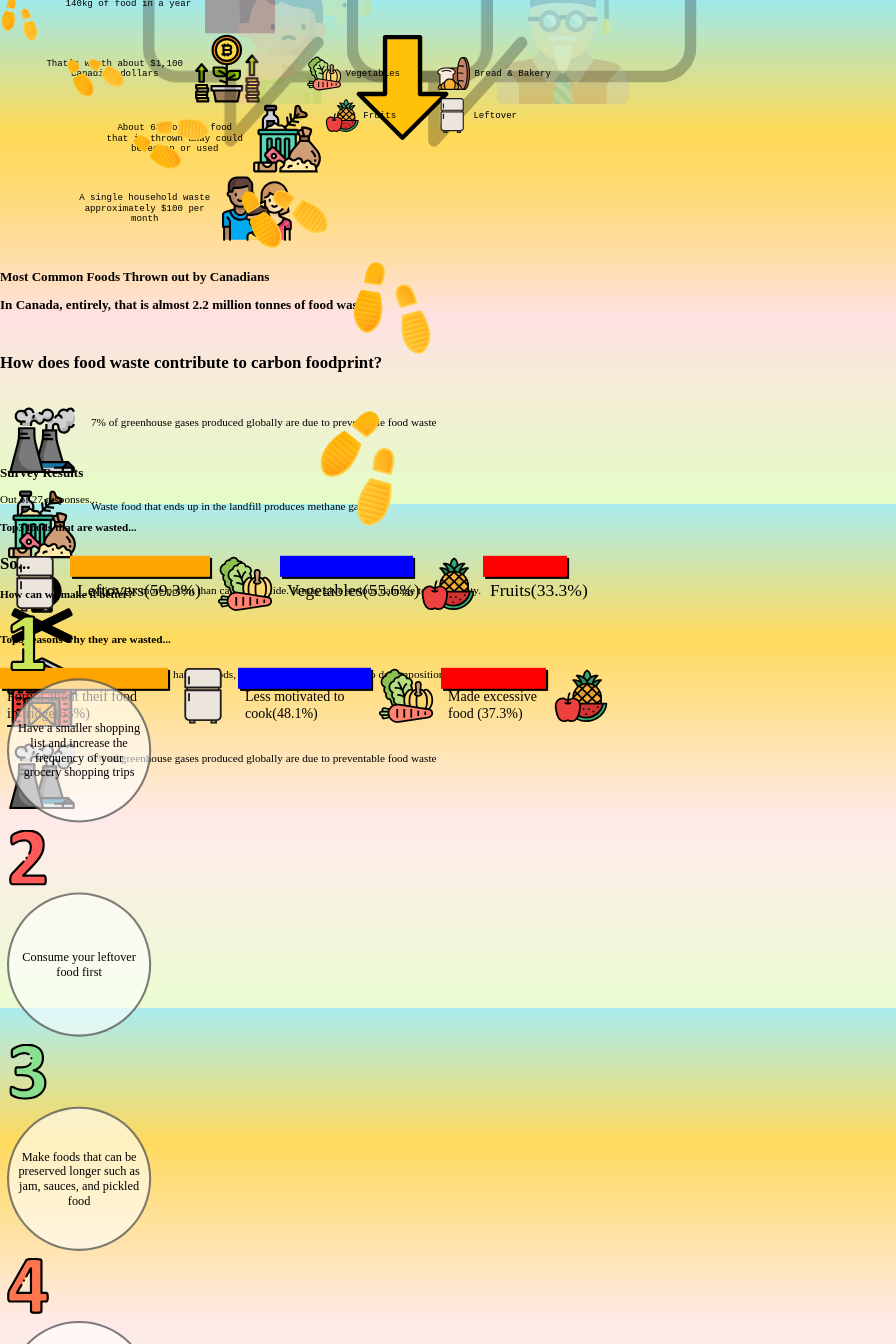
Repository: iorid3/Midterm
Page: index.html
These files come from the project's save history. The page is drawn as it stood at one moment and after the next save; the edit follows.
The browser window is 1280 px wide. The pictures show the part of the page from y = 0 to 1920 px (the page is 2558 px tall before and 2658 px after), at 70% of full size.
Pictures or frames that could not be fetched are drawn as grey boxes.

Above is the page before, as saved 2021-03-09 11:39:30.

### index.html
<!DOCTYPE html>
<html>
    <head>
       <title>Mid term</title>
        <link href= "./index.css"  rel ="stylesheet" type = "text/css" >
    </head>
<body>
   <div id = "main">

        <div class = "section1">
            <div><h1> How Food Waste Impacts Our World</h1></div>
            <div><img src ="./Images/earth crying.svg"/></div>
            <div class = "comp1"></div>
            <div class = "comp2"></div>
            <div class = "comp5"></div>
        </div>

        <div class = "section2">
            <div><h2>DId you know that...</h2></div>
            <div class ="comp3_1"></div>
            <div class ="comp3_2"></div>
            <div class ="comp3_3"></div>
            <div class ="comp3_4"></div>
            <div class = "comp1"></div>

            <div class = "flag"><img src = ""></div>
            <div><h3>Most Common Foods Thrown out by Canadians</h3></div>
               <div class = "container1">
                    <div class ="comp4_1"></div>
                    <div class ="comp4_2"></div>
                    <div class ="comp4_3"></div>
                    <div class ="comp4_4"></div>
                </div>

            <div class = "comp5"></div>
            <div><h3>In Canada, entirely, that is almost 2.2 million tonnes of food wasted</h3></div>
            <div><img src = ""></div>
        </div>

        <div class = "section3">
            <div><h2>How does food waste contribute to carbon foodprint?</h2></div>
            <div><img src = ""></div>

            <div class = "comp6"></div>
            <div class = "comp6"></div>
            <div class = "comp6"></div>
            <div class = "comp6"></div>

                <div class = "container2">
                    <div><img src = ""></div>
                    <div><img src = ""></div>
                    <div><img src = ""></div>
                </div>

            <div class = "comp6"></div>


        </div>


        <div class = "section4">
            <div class = "container3">
               <div><img src = ""></div>
               <div><h3>Survey Results</h3></div>
               <div>Out of 27 responses...</div>
            </div>


            <div class ="comp2"></div>
            <div><h4>Top3 foods that are wasted...</h4></div>
            <div class = "container4">
                <div class = "comp7"></div>
                <div class = "comp7"></div>
                <div class = "comp7"></div>
            </div>

            <div><h4>Top3 reasons why they are wasted...</h4></div>
            <div class = "container5">
                <div class = "comp8"></div>
                <div class = "comp8"></div>
                <div class = "comp8"></div>
            </div>




        </div>

        <div class = "section5">

            <div><h2>So...</h2></div>

            <div><h4>How can we make it better?</h4></div>
            <div class = "container6">
                <div class ="comp9"></div>
                <div class ="comp9"></div>
                <div class ="comp9"></div>
                <div class ="comp9"></div>
            </div>

            <div><h3>Small Steps goes a long way</h3></div>
            <div class = "comp10"></div>
            <div class = "comp10"></div>
            <div class = "comp10"></div>
            <div class = "comp10"></div>
            <div class = "comp10"></div>
            <div class = "comp10"></div>

            <div><img src = ""></div>
            <div><img src = ""></div>

            <div class = "comp5"></div>
            <div><h3>Do your part in saving the environment by ...</h3></div>
            <div><h2>Using this app to reduce food waste</h2></div>
            <div><h2>FridgeSaver</h2></div>
            <div><img src =""></div>
            <div class = "comp5"></div>
            <div><h5>Start with what you have in your fridge</h5></div>

            <div><img src =""></div>
            <div><h5>Ready to find interesting recipes?</h5></div>



        </div>

    <h1>HIHIHI</h1>



       <!-- <div class = "col left">
           <div class = "row top">
               <div class = "shake"></div>
           </div>
           <div class = "row mid">
               <div class = "rank1"></div>
               <div class = "rank2"></div>
           </div> -->
    </div>

<script src = ./Comps/comp1/index.js></script>
<script src = ./Comps/comp2/index.js></script>
<script src = ./Comps/comp3/index.js></script>
<script src = ./Comps/comp4/index.js></script>
<script src = ./Comps/comp5/index.js></script>
<script src = ./Comps/comp6/index.js></script>
<script src = ./Comps/comp7/index.js></script>
<script src = ./Comps/comp8/index.js></script>
<script src = ./Comps/comp9/index.js></script>
<script src = ./Comps/comp10/index.js></script>

<script src = ./index.js></script>
</body>
</html>

### index.css
html,body{
    margin:0;
    background: linear-gradient(180deg, rgba(156, 233, 235, 0.86) 0%, rgba(255, 217, 86, 0.96) 26.56%, rgba(255, 220, 220, 0.6) 63.02%, rgba(227, 252, 195, 0.76) 100%);
    mix-blend-mode: normal;
}
#main{
    width:100vw;
    height:100vh;
    display:flex;
    flex-direction: column;
    align-items: center;
    justify-content: center;
}

.section1{
  width:100%;
}


.section2{
    width:100%;

}

.section3{
    display:flex;
    flex-direction: column;
    width:100%;
    height:20%;
    marign:100px;
}

.section4{

    display:flex;
    flex-direction: column;
    width:100%;
    height:20%;
}


.section5{
    width:100%

}

### Comps/comp1/index.js
function Comp1UI(url="Images/confusion.png", size ="10px", font= "Poppins", text="text"){
    return `<div style='
            width: 100vw;
            height: 30vh;
            display: inline-flex;
            justify-content: center;
            align-items: center;
            transition: opacity 1s;
            opacity: 0.25;
            position:absolute;
        '
        onclick='Comp1UI.HandleClick(this)'
        >

        <img style='
            display: inline-flex;
            width: 200px;
            position: relative;
            left: 140px;
            top: 60px;
        'src="${url}" />

        <div>
            <img style='
                display: inline-flex;
                position: relative;
                width: 500px;
                left: 100px;
                bottom: 10px;
            'src="Images/chat.svg" />

            <div style='
                display: inline-flex;
                position: relative;
                bottom: 280px;
                right: 265px;
                font-size: ${size};
                font-weight: bold;
                font-family: ${font};
            '> ${text}</div>
        </div>
    </div>`
}

Comp1UI.HandleClick = (el) => {
    el.style.opacity = 1;
}

### Comps/comp2/index.js
function Comp2UI(url="Images/confusion.png", size ="10px", font= "Poppins", text="text"){
    return `<div style='
        width: 100vw;
        height: 30vh;
        display: inline-flex;
        justify-content: center;
        align-items: center;
        transition: opacity 1s;
        opacity: 0.25;
        position:absolute;
    '
    onclick='Comp1UI.HandleClick(this)'
    >

        <img style='
            display: inline-flex;
            width: 200px;
            position: relative;
            left: 500px;
            top:60px;
        ' src="${url}"/>

        <div>
            <img style='
                display: inline-flex;
                position: relative;
                width: 500px;
                right: 200px;
                bottom: 10px;
                transform: rotateY(180deg)
            ' src="Images/chat2.svg" />

            <div style='
                display: inline-flex;
                position: relative;
                bottom: 280px;
                right: 560px;
                font-size: ${size};
                font-weight: bold;
                font-family: ${font};
            ' >${text}</div>
        </div>
    </div>`
}

Comp2UI.HandleClick = (el) => {
    el.style.opacity = 1;
}

### Comps/comp3/index.js
function Comp3UI(Text='Average Canadian wastes 140kg of food in a year', url='https://placekitten.com/400/400') {
    return `
        <div style='
            display: inline-flex;
            align-items: center;
            justify-content: center;

            transition-property: transform;
            transition-duration: 1s;
            transition-timing-function: ease-in-out;
            transition-delay: 1s;

        '>
            <div style='
                flex-basis: 200px;
                text-align: center;
                padding-right: 10px;
                font-family: monospace;


            '
            >${Text}</div>

            <div style='
                width: 100px;
                height: 100px;
            '
            // onclick='Comp3UI.HandleClick(this)'
            >
                <img  style='
                    width: 100%;
                    height: 100%;
                    object-fit: cover;
                '
                src='${url}' />
        </div>
    `
}

// Comp3UI.HandleClick = (el) => {
//     el.style.top = "110%";
// }


// export const Comp3 = Comp3UI();

### Comps/comp4/index.js
function Comp4UI(url='https://placekitten.com/300/300',text='Bread & Bakery',x='0',y='0') {
    return `
        <div style='
            display: flex;
            flex-direction: row;
            align-item: center;
            justify-content: center;
            width: 250px;
            height: 50px;
            margin: 10px;
            position: absolute;
            top: ${x}px;
            left: ${y}px;

            animation-name: bouncing;
            animation-duration: 1.5s;
            animation-direction: alternate;
            animation-iteration-count: infinite;
            animation-delay: 2s;



        '
        >
            <div style='
                width: 50px;
                height: 50px;
            '>
                <img style='
                    width: 100%;
                    height: 100%;
                    object-fit: cover;
                '
                src='${url}' />
            </div>
            <div style='
            font-family: monospace;
            text-align: center;
            padding-top: 18px;
            padding-left: 5px;
            '
            >${text}</div>
        </div>
    `
}




// export const Comp4 = Comp4UI();

### Comps/comp5/index.js
function Comp5UI(x='0', y='0', url='https://placekitten.com/300/300') {
    return `
        <div style='
            width: 150px;
            height: 150px;
            position: absolute;
            top: ${x}px;
            left: ${y}px;

        '
        >
            <img style='
                width: 100%;
                height: 100%;
                object-fit: cover;

                animation-name: bounce;
                animation-duration: 1s;
                animation-direction: alternate;
                animation-iteration-count: infinite;

            '
            src='${url}' />


        </div>

    `
}

// export const Comp5 = Comp5UI();

### Comps/comp6/index.js
function Carboncomp(text =" 7% of greenhouse gases produced globally are due to preventable food waste", url= "images/factory.svg"){
    return `<div style = "
                          display:flex;
                          ">
                         <div style = "display:flex;
                         padding:10px;">
                         <img style ="
                          width:100px;
                          height:100px;
                         " src  = "${url}"></div>
                         <div style ="
                         display:flex;
                         padding:10px;"><p>${text}</p></div>

            </div>`

}

### Comps/comp7/index.js
function Graphcomp(url ="images/vegetable.svg",text ="Leftovers(59.3%)",color ="pink",width ="200px" ){
    return `<div style = "
                          display:inline-flex;
                          align-items:flex-start;
                          justify-content:flex-start;
                          ">
                            <div style = "display:flex;
                            padding:10px;
                            width:80px;
                            height:80px;
                            ">
                            <img src  = "${url}"></div>
                            <div class = "graph"
                            style ="
                            width:${width};
                            height:30px;
                            margin-top:10px;
                            background-color:${color};
                            box-shadow: 3px 3px ;
                            transition:background-color,1s,box-shadow, 1s;"
                            onmouseover = "Graphcomp.HandleMouseover(this)">
                            <div style ="
                            display:flex;
                            padding:10px;
                            font-size:25px;"><p>${text}</p></div>
                            </div>



            </div>`


}

Graphcomp.HandleMouseover = (el)=>{
   el.style.boxShadow = "8px 8px";
//    el.style.width = "400px";
 }

### Comps/comp8/index.js
function Graphcomp2(url ="images/vegetable.svg",text ="Leftovers(59.3%)",color ="pink",width ="200px" ){
    return `<div style = "
                          display:inline-flex;
                          flex-direction:row;
                          justify-content:center;
                          ">
                            <div class = "graph"
                            style ="
                            display:flex;
                            width:${width};
                            height:30px;
                            margin-top:10px;
                            background-color:${color};
                            box-shadow: 3px 3px ;
                            transition:background-color,1s,box-shadow, 1s;"
                            onmouseover = "Graphcomp2.HandleMouseover(this)">
                            <div style ="
                            display:flex;
                            width:200px;
                            padding:10px;
                            font-size:20px;"><p>${text}</p></div>
                            </div>
                            <div style = "display:flex;
                            padding:10px;
                            width:80px;
                            height:80px;
                            ">
                            <img src  = "${url}"></div>




            </div>`


}

Graphcomp2.HandleMouseover = (el)=>{
//    el.style.backgroundColor  = "blue";
   el.style.boxShadow = "8px 8px";
//    el.style.width = "400px";
 }

### Comps/comp9/index.js
function Comp9UI(url="Images/1.svg", text="4 Ways to Make it Better") {
    return `
        <img style='
            width: 80px;
            height: 80px;
            transition: width 0.2s;
            transition-timing-function: ease-in-out;
            display: flex;
        justify-content: center;
        align-items: center;
        flex-wrap: wrap;
        '

        onmouseover='Comp9UI.HandleImageHover(this)'
        onmouseout='Comp9UI.HandleImageHoverOut(this)'

        src="${url}"/>

        <div style='
            width: 180px;
            height: 180px;
            margin: 10px;
            padding: 10px;
            background-color: rgba(255, 255, 255, 0.6);
            border: 3px solid rgba(0, 0, 0, 0.5);
            border-radius: 50%;
            display: flex;
            justify-content: center;
            align-items: center;
            font-size: 1.1em;
            line-height: 1.2em;
            text-align: center;
            transition: width 0.2s;
            transition-timing-function: ease-in-out;
        '
            onmouseover='Comp9UI.HandleHover(this)'
            onmouseout='Comp9UI.HandleHoverOut(this)'

        >${text}</div>

    `
}

Comp9UI.HandleImageHover = (el) => {
    el.style.width = "120px";
    el.style.height = "120px";
}

Comp9UI.HandleImageHoverOut = (el) => {
    el.style.width = "80px";
    el.style.height = "80px";
}

Comp9UI.HandleHover = (el) => {
    el.style.color = "#2E8B57";
    // el.style.width = "210px";
    // el.style.height = "210px";
    // el.style.fontSize = "1.4em";
}

Comp9UI.HandleHoverOut = (el) => {
    el.style.color = "#000000";
    // el.style.width = "180px";
    // el.style.height = "180px";
    // el.style.fontSize = "1.1em";
}
// export const comp9 = Comp9UI();

### Comps/comp10/index.js
function Comp10UI(w="55px", tdeg="120deg", top="0px", left="0px", anidelay="1s") {
    return `
    <img style='
        width: ${w};
        transform: rotate(${tdeg});
        position: absolute;
        top: ${top};
        left: ${left};

        animation-name: footsteps;
        animation-duration: 4s;
        animation-delay: ${anidelay};
        animation-iteration-count: infinite;

    'src="Images/footstep.png"/>

    `
}

// export const comp10 = Comp10UI();

### index.js
document.querySelector(".comp1").innerHTML += Comp1UI("./images/question.svg","25px", "Poppins", "What's the issue?");
document.querySelector(".comp2").innerHTML += Comp2UI("./images/professor.svg", "25px", "Poppins", "Good Question!");

//add claudia's componenets

document.querySelector(".comp3_1").innerHTML += Comp3UI('Average Canadian wastes 140kg of food in a year', 'Images/crowd.svg')
document.querySelector(".comp3_2").innerHTML += Comp3UI('That’s worth about $1,100 Canadian dollars', 'Images/plant.svg')
document.querySelector(".comp3_3").innerHTML += Comp3UI('About 63% of the food that is thrown away could be eaten or used', 'Images/garbage.svg')
document.querySelector(".comp3_4").innerHTML += Comp3UI('A single household waste approximately $100 per month', 'Images/family.svg')

document.querySelector(".comp4_1").innerHTML += Comp4UI('Images/vegetable.svg', 'Vegetables',70,370)
document.querySelector(".comp4_2").innerHTML += Comp4UI('Images/bread.svg', 'Bread & Bakery',70,570)
document.querySelector(".comp4_3").innerHTML += Comp4UI('Images/fruits.svg', 'Fruits',130,380)
document.querySelector(".comp4_4").innerHTML += Comp4UI('Images/fridge.svg', 'Leftover',130,545)

document.querySelector(".comp5").innerHTML += Comp5UI(50,500,'Images/down-arrow.svg')


document.querySelector(".comp9").innerHTML += Comp9UI("Images/1.svg", "Have a smaller shopping list and increase the frequency of your grocery shopping trips");
document.querySelector(".comp9").innerHTML += Comp9UI("Images/2.svg", "Consume your leftover food first");
document.querySelector(".comp9").innerHTML += Comp9UI("Images/3.svg", "Make foods that can be preserved longer such as jam, sauces, and pickled food");
document.querySelector(".comp9").innerHTML += Comp9UI("Images/4.svg", "Be mindful of saving the environment by reducing food waste");

document.querySelector(".comp10").innerHTML += Comp10UI("60px", "120deg", "0px", "0px", "1s");
document.querySelector(".comp10").innerHTML += Comp10UI("75px", "80deg", "70px", "100px", "1.5s");
document.querySelector(".comp10").innerHTML += Comp10UI("95px", "50deg", "150px", "200px", "2s");
document.querySelector(".comp10").innerHTML += Comp10UI("115px", "80deg", "250px", "350px", "2.5s");
document.querySelector(".comp10").innerHTML += Comp10UI("130px", "120deg", "380px", "500px", "3s");
document.querySelector(".comp10").innerHTML += Comp10UI("145px", "150deg", "600px", "450px", "3.5s");

document.querySelector(".comp6").innerHTML +=  Carboncomp();
document.querySelector(".comp6").innerHTML +=  Carboncomp(text = "Waste food that ends up in the landfill produces methane gas",url= "images/garbage.svg");
document.querySelector(".comp6").innerHTML +=  Carboncomp(text ="which 21x more potent than carbon dioxide. It may give serious damage to our society. ",url ="images/skull.svg" );
document.querySelector(".comp6").innerHTML +=  Carboncomp(text = "From the time we harvest foods, to processing,to distribution,to decomposition", url ="images/barn.svg");
document.querySelector(".comp6").innerHTML +=  Carboncomp();
document.querySelector(".comp7").innerHTML +=  Graphcomp("Images/fridge.svg",text ="Leftovers(59.3%)",color ="orange",width ="200px");
document.querySelector(".comp7").innerHTML +=  Graphcomp("Images/vegetable.svg",text ="Vegetables(55.6%)",color ="blue",width ="190px");
document.querySelector(".comp7").innerHTML +=  Graphcomp("Images/fruits.svg",text ="Fruits(33.3%)",color ="red",width ="120px");
document.querySelector(".comp8").innerHTML +=  Graphcomp2("Images/fridge.svg",text ="Forgot about theif food in fridge(63%)",color ="orange",width ="240px");
document.querySelector(".comp8").innerHTML +=  Graphcomp2("Images/vegetable.svg",text ="Less motivated to cook(48.1%)",color ="blue",width ="190px");
document.querySelector(".comp8").innerHTML +=  Graphcomp2("Images/fruits.svg",text ="Made excessive food (37.3%)",color ="red",width ="150px");

After the next save:
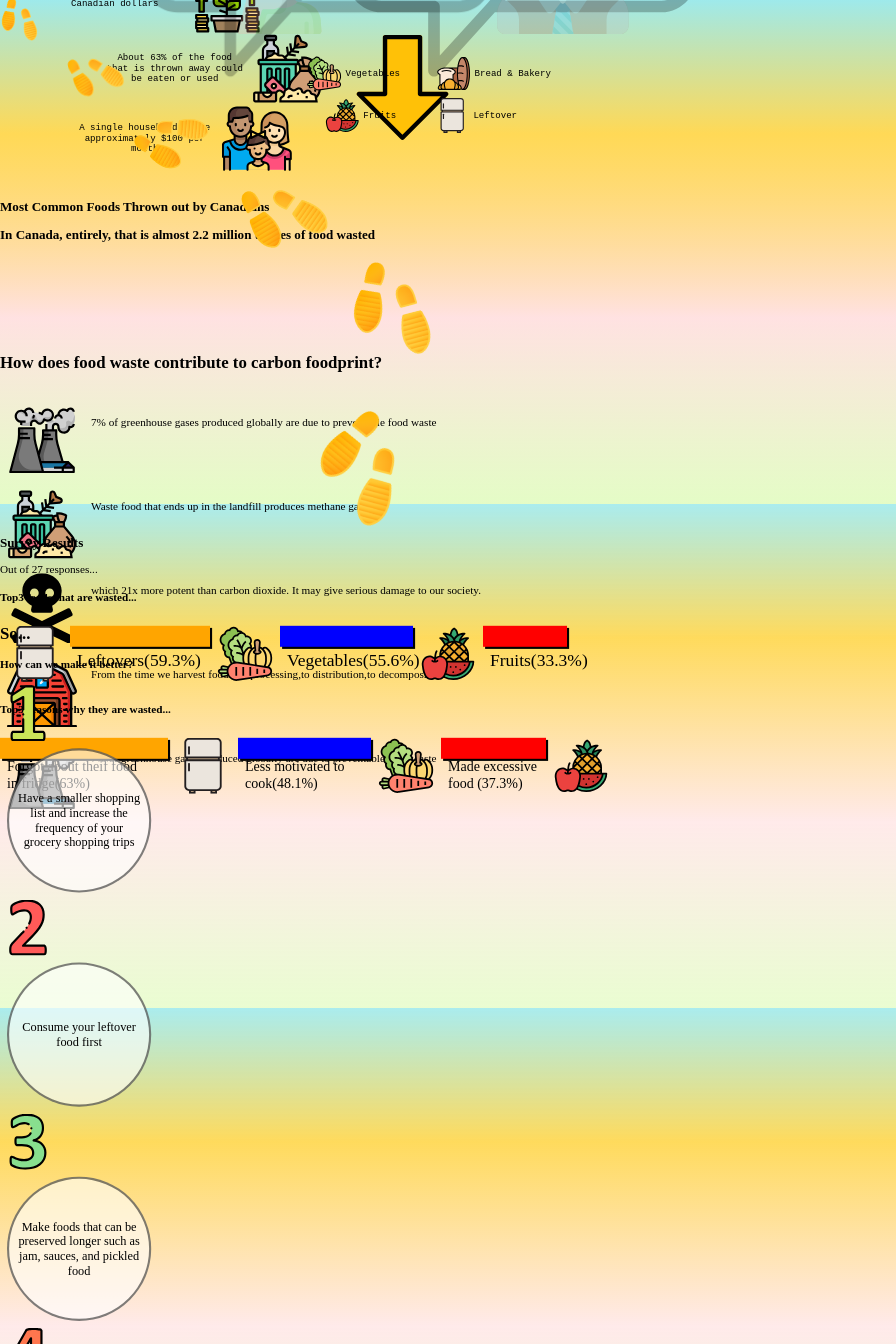
Saved 7 s later.
--- a/index.css
+++ b/index.css
@@ -27,7 +27,7 @@ html,body{
     flex-direction: column;
     width:100%;
     height:20%;
-    marign:100px;
+    margin:100px;
 }
 
 .section4{
